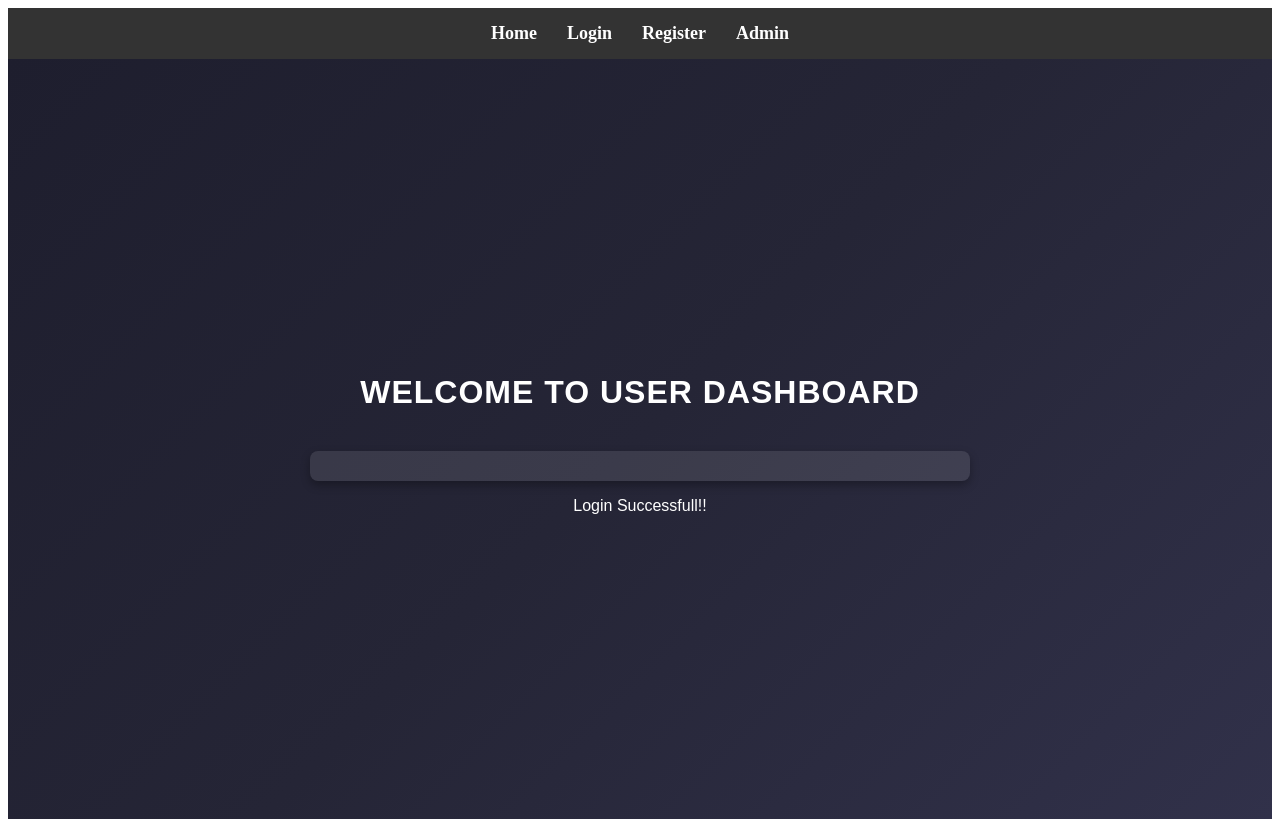
Repository: AhmedIbu/angular-login-app
Page: /user-dashboard (app in angular-login-app/)
These files come from the project's save history. The page is drawn as it stood at one moment and after the next save; the edit follows.
The browser window is 1280 px wide. The pictures show the whole page.
The project was rebuilt for these pictures with package versions that can differ from the ones it lists, and the page was loaded fresh each time. Also part of the build but not shown: angular-login-app/angular.json, angular-login-app/src/app/home/home.component.ts, angular-login-app/src/app/login/login.component.ts, angular-login-app/src/app/services/auth.service.ts, angular-login-app/src/app/register/register.component.ts, angular-login-app/src/app/services/user.service.ts, angular-login-app/src/app/admin-dashboard/admin-dashboard.component.ts, angular-login-app/src/app/admin-login/admin-login.component.ts.

Above is the page before, as saved 2025-02-21 11:47:23.

After the next save:
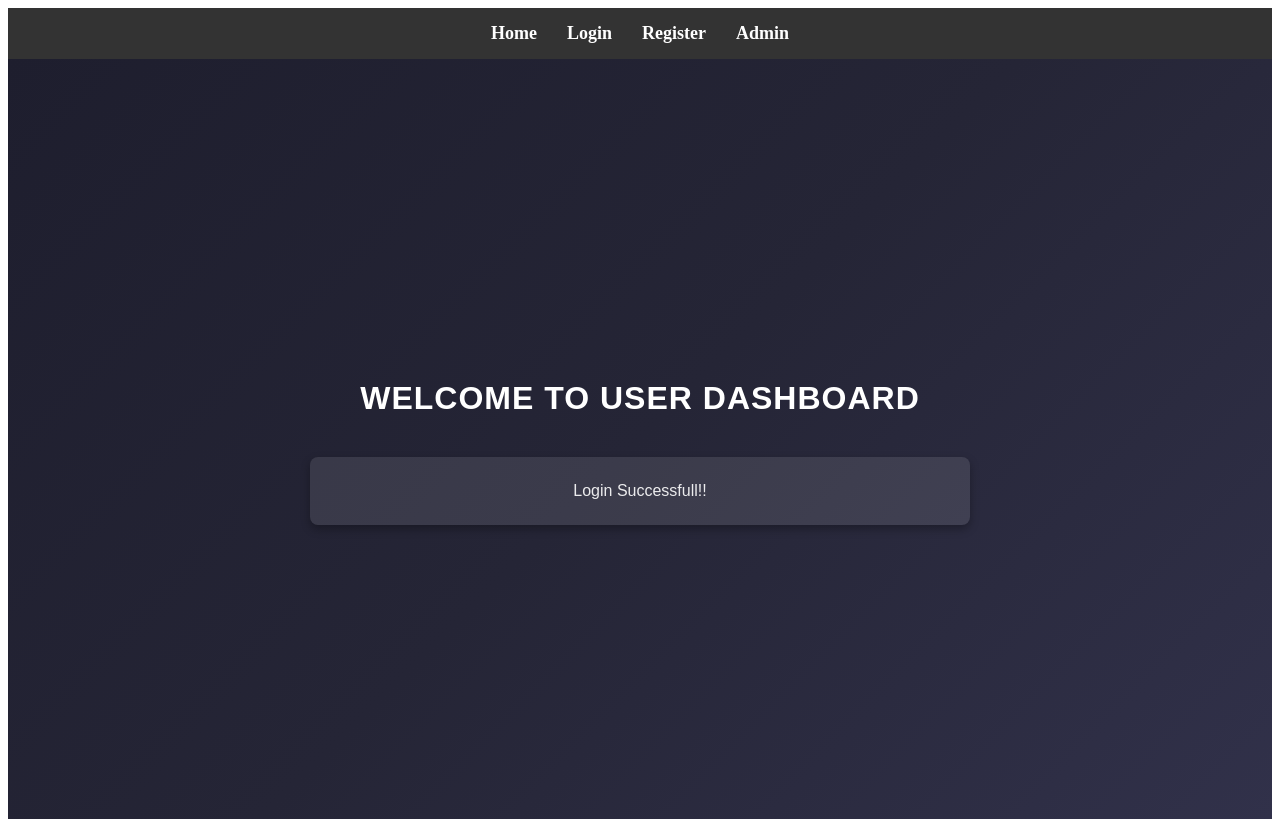
Saved 6 s later.
--- a/angular-login-app/src/app/user-dashboard/user-dashboard.component.html
+++ b/angular-login-app/src/app/user-dashboard/user-dashboard.component.html
@@ -1,5 +1,5 @@
 <div class="user-dashboard">
     <h2 class="dashboard-header">Welcome to User Dashboard</h2>
-   <div class="user-info"></div>
+   <div class="user-info">
     <p>Login Successfull!!</p>
   </div>
